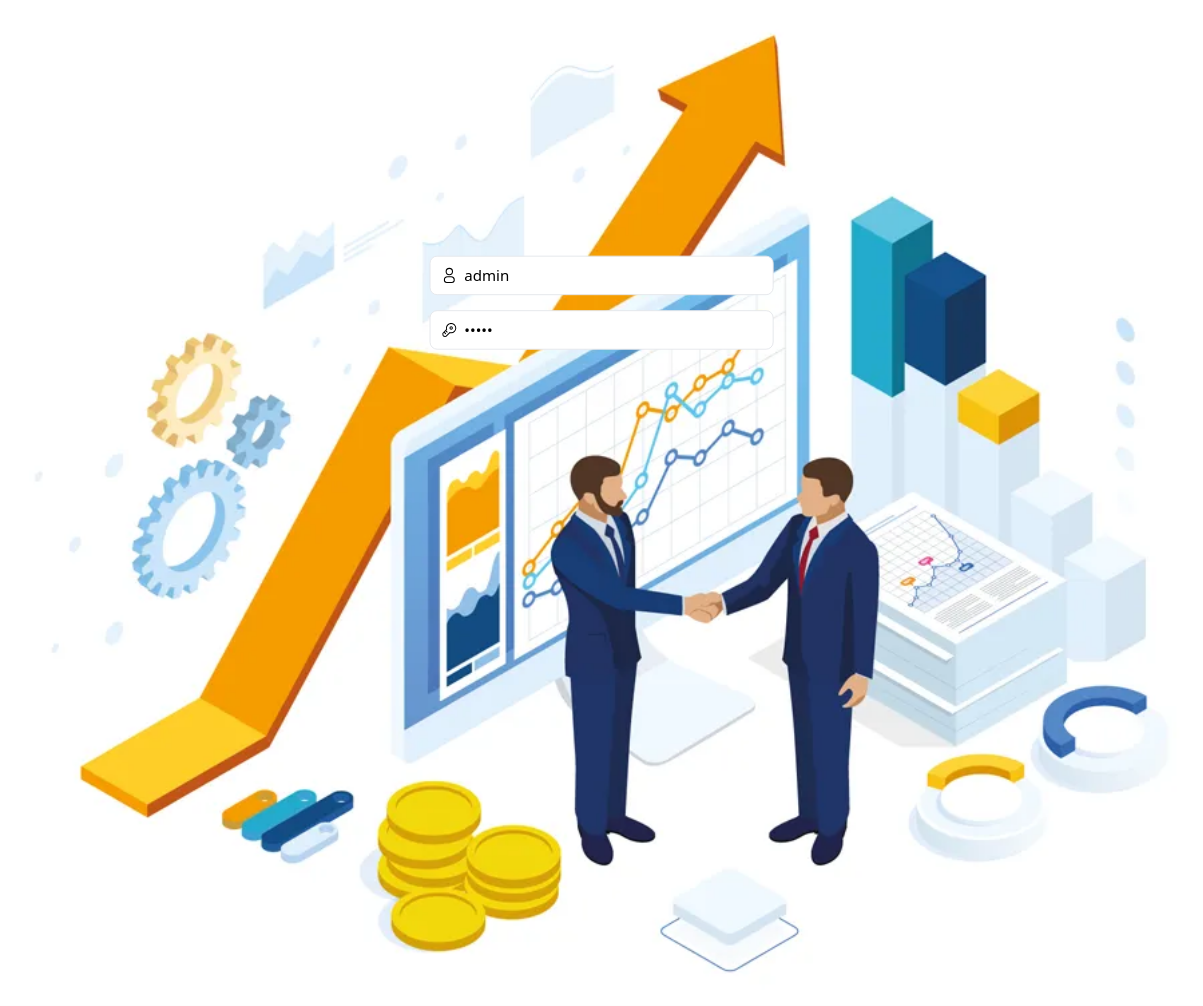
Repository: Fortivera/yourestate
Page: /
The author's editor kept a copy of each file at every save. The page is drawn from the files as they stood at one save, then again after the next save.
The browser window is 1280 px wide. The pictures show the whole page, at 94% of full size.
The project was rebuilt for these pictures with package versions that can differ from the ones it lists, and the page was loaded fresh each time. The framework's server and built-in components were replaced by stand-ins that run in the browser. Also part of the build but not shown: next.config.js.

Above is the page before, as saved 2023-11-02 11:16:50.

After the next save:
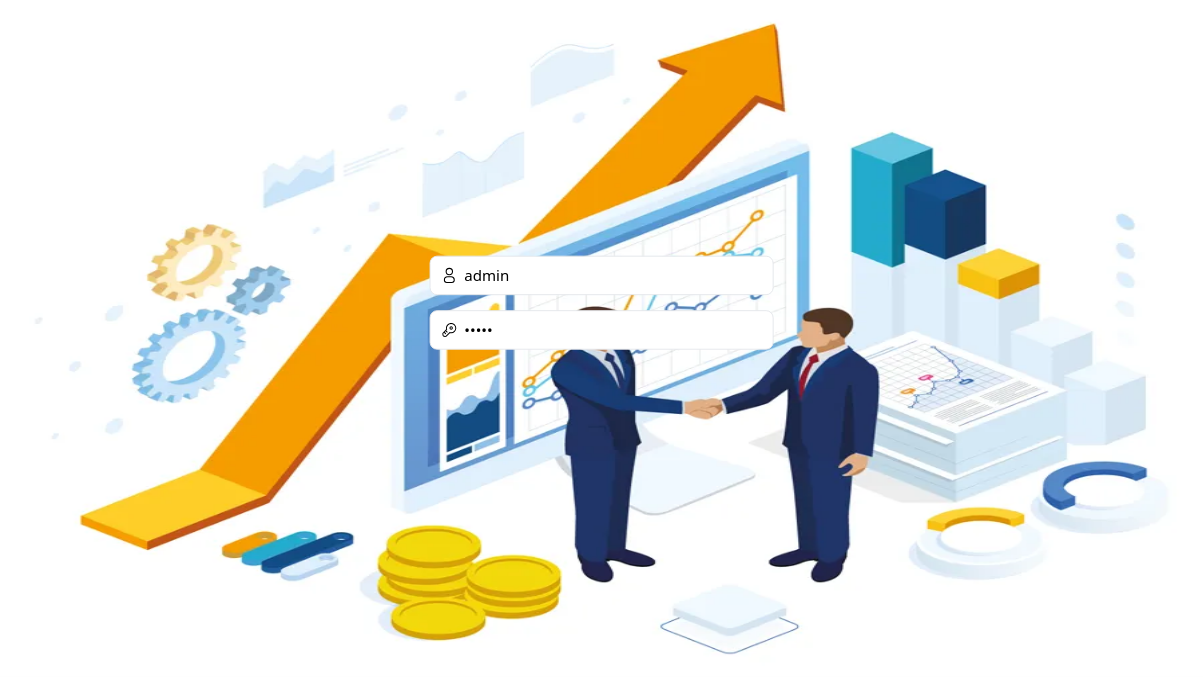
Saved 41 s later.
--- a/src/app/page.tsx
+++ b/src/app/page.tsx
@@ -9,7 +9,7 @@ export default function Login() {
       <div className="flex justify-center w-full px-4 py-10 tablet:w-[540px] laptop:w-[1000px]">
         <div className="flex laptop:flex-row tablet:flex-col mobile:flex-col">
           <figure className="max-w-[400px]  ">
-            <Image src="/static/growth.jpg" alt="login page picture" layout="responsive" fill sizes="(max-width: 768px) 100vw, (max-width: 1200px) 50vw, 33vw" />
+            <Image src="/static/growth.jpg" alt="login page picture" fill sizes="(max-width: 768px) 100vw, (max-width: 1200px) 50vw, 33vw" />
           </figure>
           <div className="w-[400px] px-4 pb-8 pt-2 bg-white border rounded-lg shadow-md">
             <h1 className="text-2xl font-semibold text-center mb-4">Login</h1>
